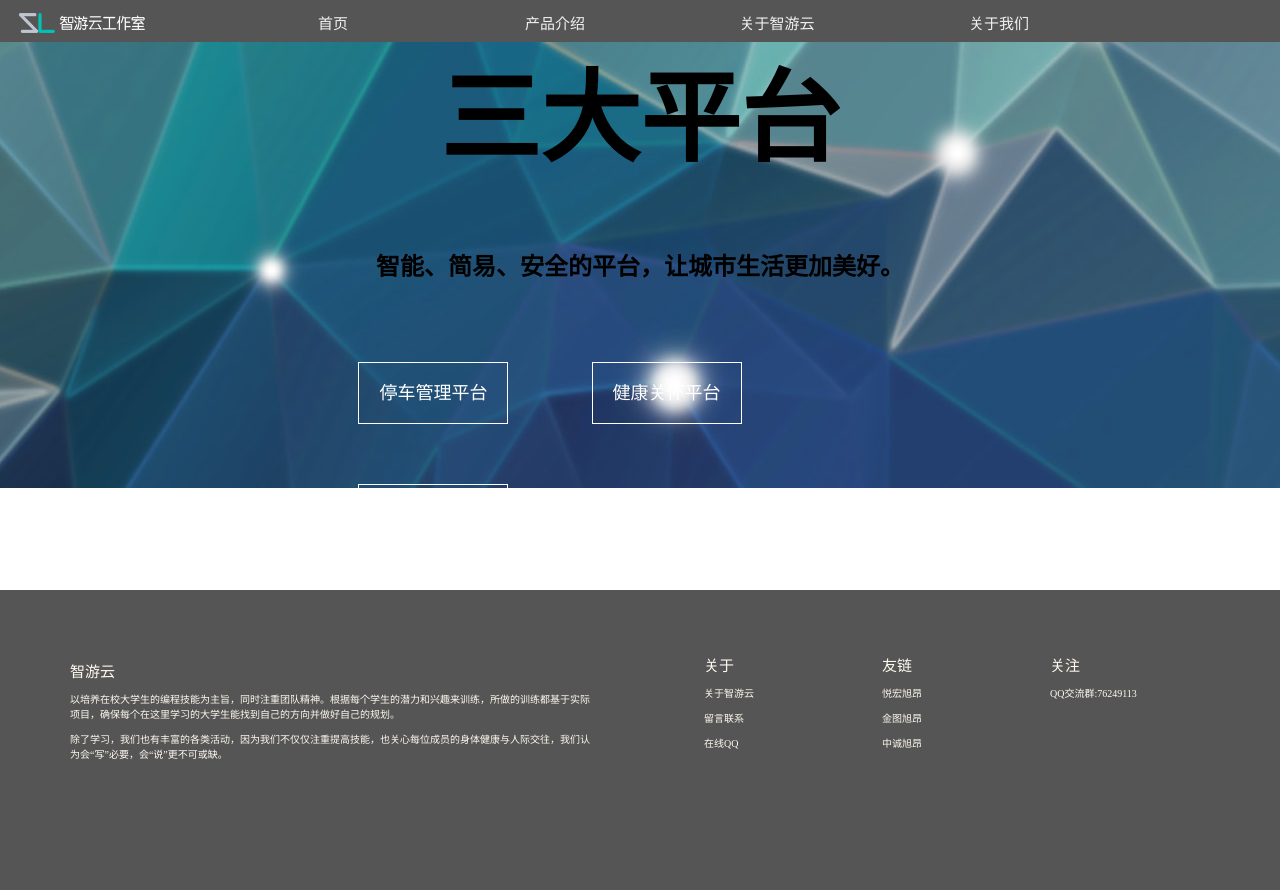
Repository: dakai1234/webTest
Page: 智游云1/product/product.html
These files come from the project's save history. The page is drawn as it stood at one moment and after the next save; the edit follows.
The browser window is 1280 px wide. The pictures show the whole page.

Above is the page before, as saved 2021-04-11 12:52:02.

After the next save:
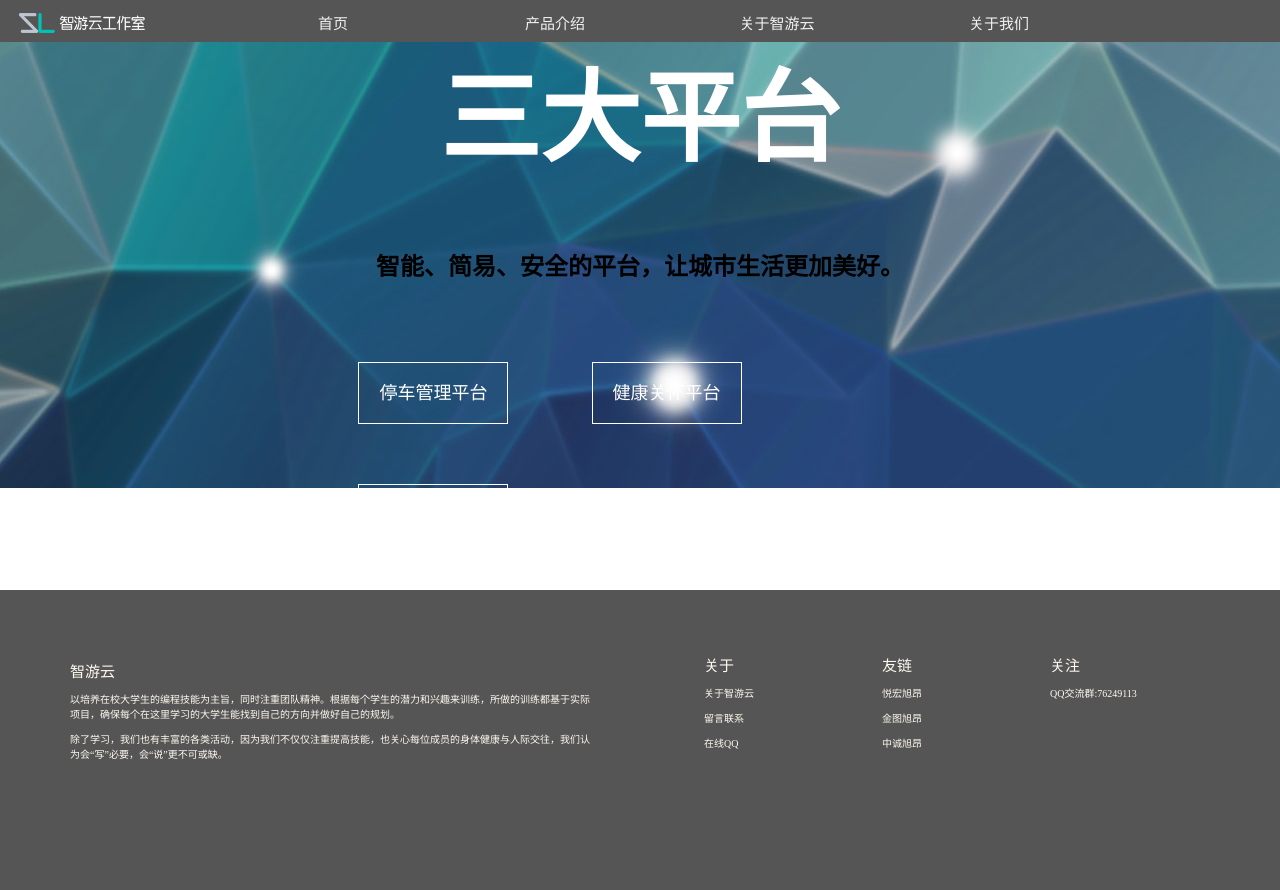
Saved 50 s later.
--- a/智游云1/product/product.css
+++ b/智游云1/product/product.css
@@ -8,11 +8,13 @@
 }
 
 .billboard h1 {
+    color: #fff;
     margin: 5%;
     font-size: 100px;
 }
 
 .billboard h3 {
+    color: #fff;
     margin: 5%;
     font-size: 75px;
 }
